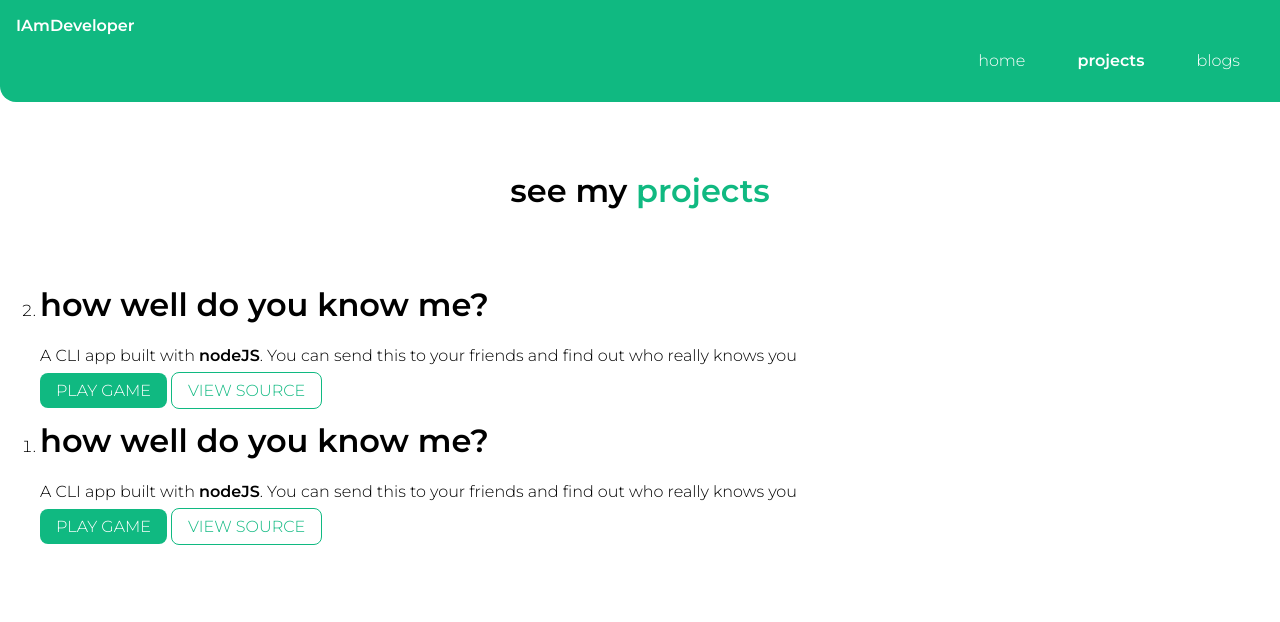
Repository: sohan2503001/Portfolio
Page: projects.html
An editor plug-in stored every save of this project. The page is shown before and after a run of saves, followed by the edit.
The browser window is 1280 px wide. The pictures show the whole page.

Above is the page before, as saved 2021-03-28 02:07:52.

After the next 2 saves:
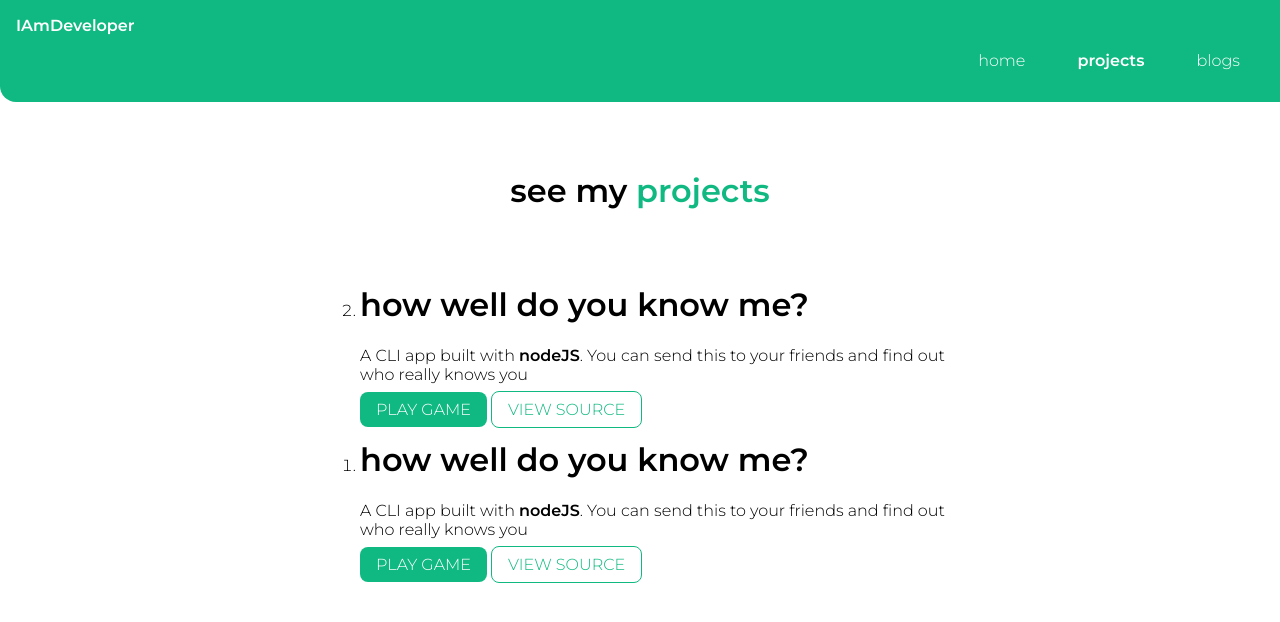
The 2 saves are shown as one change because they came seconds apart.
The last was saved 7 s later.
--- a/projects.html
+++ b/projects.html
@@ -30,24 +30,26 @@
 
     <ol reversed>
 
-        <div class="container container-center"></div>
-        <li>
-            <h1>how well do you know me?</h1>
-            <p>A CLI app built with <strong>nodeJS</strong>. You can send this to your
-            friends and find out who really knows you</p>
+        <div class="container container-center">
+            <li>
+                <h1>how well do you know me?</h1>
+                <p>A CLI app built with <strong>nodeJS</strong>. You can send this to your
+                friends and find out who really knows you</p>
 
-            <a class="link link-primary" href="">PLAY GAME</a>
-            <a class="link link-secondary" href="">VIEW SOURCE</a>
-        </li>
+                <a class="link link-primary" href="">PLAY GAME</a>
+                <a class="link link-secondary" href="">VIEW SOURCE</a>
+            </li>
 
-        <li>
-            <h1>how well do you know me?</h1>
-            <p>A CLI app built with <strong>nodeJS</strong>. You can send this to your
-            friends and find out who really knows you</p>
+            <li>
+                <h1>how well do you know me?</h1>
+                <p>A CLI app built with <strong>nodeJS</strong>. You can send this to your
+                friends and find out who really knows you</p>
 
-            <a class="link link-primary" href="">PLAY GAME</a>
-            <a class="link link-secondary" href="">VIEW SOURCE</a>
-        </li>
+                <a class="link link-primary" href="">PLAY GAME</a>
+                <a class="link link-secondary" href="">VIEW SOURCE</a>
+            </li>
+        </div>
+
     </ol>
 
 
